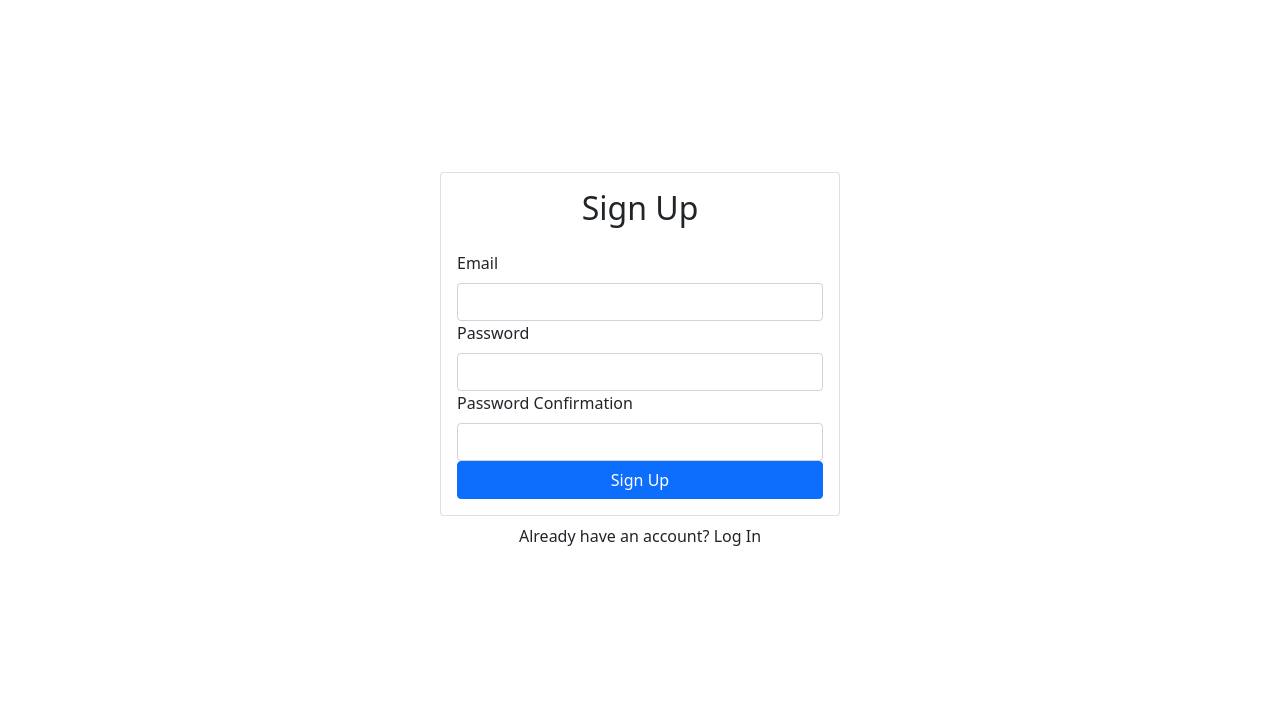
Repository: JaydenTianranYang/EsolApp
Page: /signup
An editor plug-in stored every save of this project. The page is shown before and after the next save, followed by the edit.
The browser window is 1280 px wide. The pictures show the whole page.
The project was rebuilt for these pictures with package versions that can differ from the ones it lists, and the page was loaded fresh each time.

Above is the page before, as saved 2022-04-06 23:19:16.

### src/index.js
import React from 'react';
import ReactDOM from 'react-dom';
import './index.css';
import App from './components/App';
import reportWebVitals from './reportWebVitals';
import "bootstrap/dist/css/bootstrap.min.css"

ReactDOM.render(
  <React.StrictMode>
    <App />
  </React.StrictMode>,
  document.getElementById('root')
);

// If you want to start measuring performance in your app, pass a function
// to log results (for example: reportWebVitals(console.log))
// or send to an analytics endpoint. Learn more: https://bit.ly/CRA-vitals
reportWebVitals();

### src/components/App.js
import React from 'react'
import Signup from './Signup'
import { Container } from 'react-bootstrap'
import { AuthProvider } from '../contexts/AuthContext';

function App() {
  return (
    <AuthProvider>
      <Container className="d-flex align-items-center justify-content-center"
        style={{ minHeight: "100vh" }}
      >
        <div className="w-100" style={{ maxWidth: "400px" }}>
          <Signup />
        </div>
      </Container>
    </AuthProvider>
  )
}

export default App;

### src/components/Signup.js
import React, { useRef, useState } from 'react'
import { Form, Button, Card, Alert } from 'react-bootstrap'
import { useAuth } from '../contexts/AuthContext'

export default function Signup() {
    const emailRef = useRef()
    const passwordRef = useRef()
    const passwordConfirmRef = useRef()
    const { signup } = useAuth()
    const [error, setError] = useState('')
    const [loading, setLoading] = useState(false)

    async function handleSubmit(e) {
        e.preventDefault()
        if (passwordRef.current.value !== passwordConfirmRef.current.value){
            return setError('Password do not match')
        }

        try{
            setError('')
            setLoading(true)
            await signup(emailRef.current.value, passwordRef.current.value)
        } catch {
            setError('Failed to create an account')
        }
        setLoading(false)
    }

    return (
        <>
            <Card>
                <Card.Body>
                    <h2 className="text-center mb-4">Sign Up</h2>
                    {error && <Alert varaint="danger">{error}</Alert>}
                    <Form onSubmit={handleSubmit}>
                        <Form.Group id="email">
                            <Form.Label>Email</Form.Label>
                            <Form.Control type="email" ref={emailRef} required />
                        </Form.Group>
                        <Form.Group id="password">
                            <Form.Label>Password</Form.Label>
                            <Form.Control type="password" ref={passwordRef} required />
                        </Form.Group>
                        <Form.Group id="password-confirm">
                            <Form.Label>Password Confirmation</Form.Label>
                            <Form.Control type="password" ref={passwordConfirmRef} required />
                        </Form.Group>
                        <Button disabled={loading} className="w-100" type="submit">Sign Up</Button>
                    </Form>
                </Card.Body>
            </Card>
            <div className="w-100 text-center mt-2">
                Already have an account? Log In
            </div>
        </>
    )
}

### src/contexts/AuthContext.js
import React, { useContext, useState, useEffect } from 'react'
import { auth } from '../firebase'

const AuthContext = React.createContext()

export function useAuth() {
    return useContext(AuthContext)
}

export function AuthProvider({ children }) {
    const [currentUser, setCurrentUser] = useState()

    function signup(email, password) {
        return auth.createUserWithEmailAndPassword(email, password)
    }

    useEffect(() => {
        const unsubscribe = auth.onAuthStateChanged(user => {
            setCurrentUser(user)
        })

        return unsubscribe
    }, [])



    const value = {
        currentUser,
        signup
    }

    return (
        <AuthContext.Provider value={value}>
            {children}
        </AuthContext.Provider>
    )
}

### src/firebase.js
import firebase from "firebase/compat/app"
import "firebase/compat/auth"

const app = firebase.initializeApp({
    apiKey: process.env.REACT_APP_FIREBASE_API_KEY,
    authDomain: process.env.REACT_APP_FIREBASE_AUTH_DOMAIN,
    projectId: process.env.REACT_APP_FIREBASE_PROJECT_ID,
    storageBucket: process.env.REACT_APP_FIREBASE_STORAGE_BUCKET,
    messagingSenderId: process.env.REACT_APP_FIREBASE_MESSAGING_SENDER_ID,
    appId: process.env.REACT_APP_FIREBASE_APP_ID
})

export const auth = app.auth()
export default app

Loaded but not shown: public/index.html (common file); src/index.css (common file); src/reportWebVitals.js (common file)

After the next save:
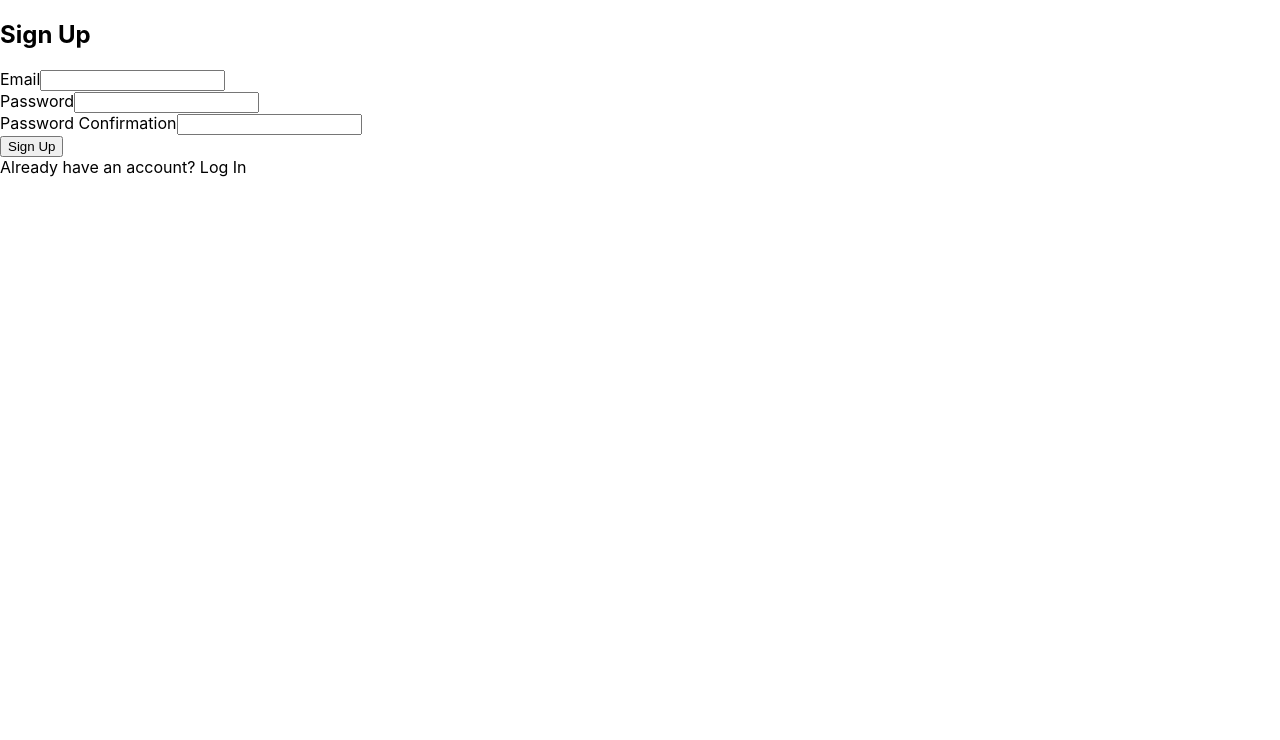
Saved 3 min 28 s later.
--- a/src/index.js
+++ b/src/index.js
@@ -3,7 +3,7 @@
 import './index.css';
 import App from './components/App';
 import reportWebVitals from './reportWebVitals';
-import "bootstrap/dist/css/bootstrap.min.css"
+// import "bootstrap/dist/css/bootstrap.min.css"
 
 ReactDOM.render(
   <React.StrictMode>

After the save that followed:
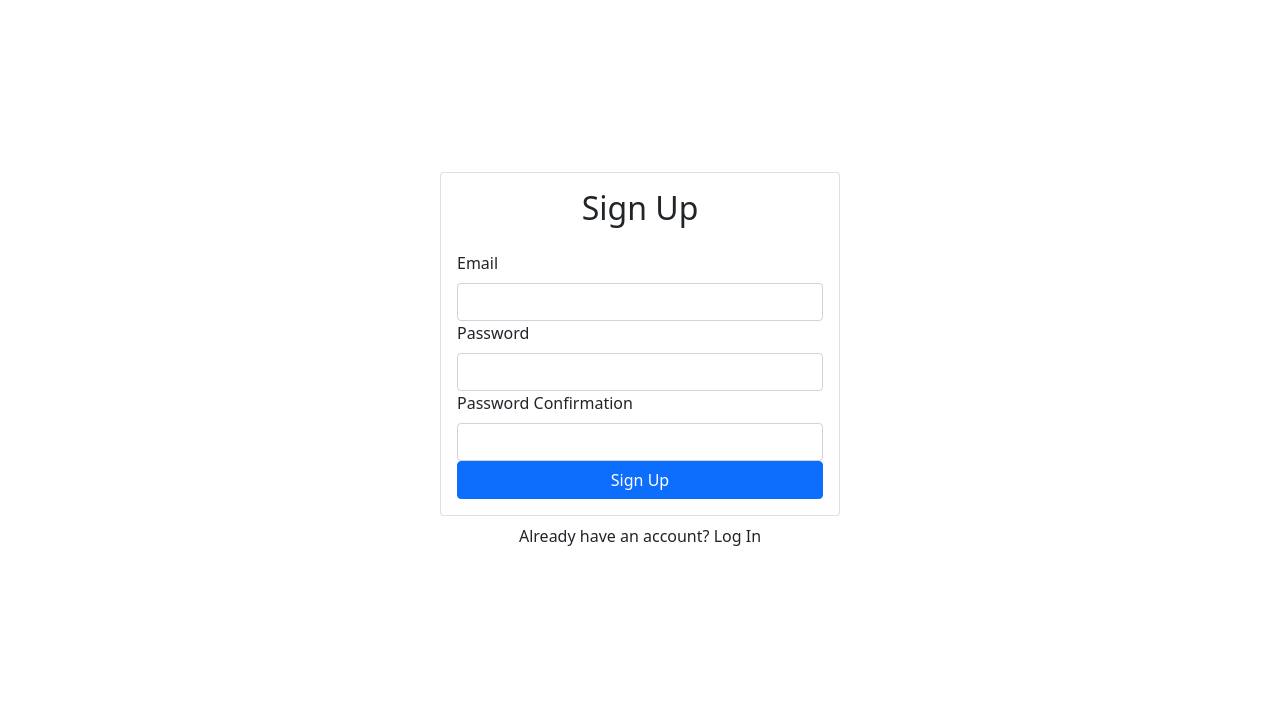
Saved 12 s later.
--- a/src/index.js
+++ b/src/index.js
@@ -3,7 +3,7 @@
 import './index.css';
 import App from './components/App';
 import reportWebVitals from './reportWebVitals';
-// import "bootstrap/dist/css/bootstrap.min.css"
+import "bootstrap/dist/css/bootstrap.min.css"
 
 ReactDOM.render(
   <React.StrictMode>
